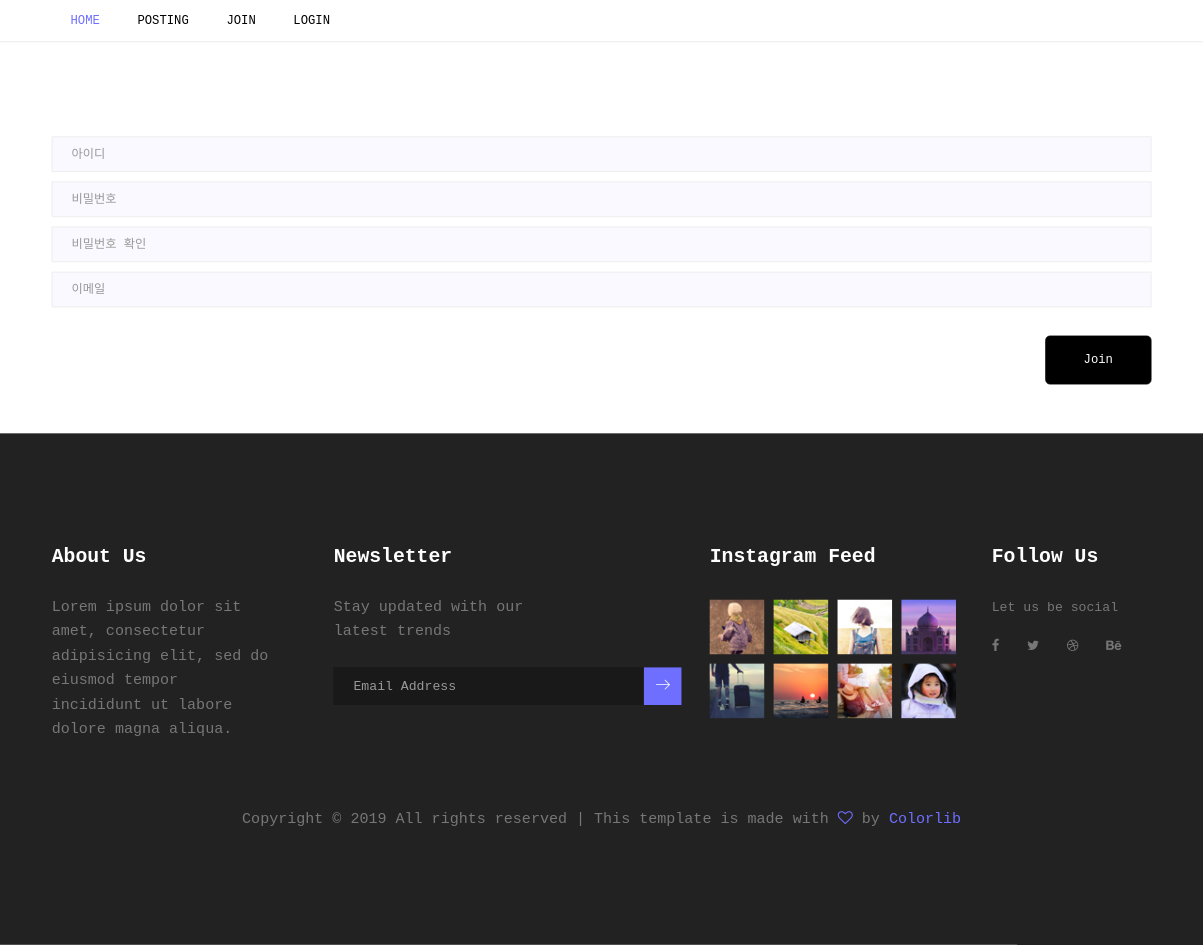
Repository: cwj2306/blog_project_2
Page: http://localhost/blog/user/join.jsp
The author's editor kept a copy of each file at every save. The page is drawn from the files as they stood at one save, then again after the next save.
The browser window is 1280 px wide. The pictures show the whole page, at 94% of full size.
Some web fonts or font styles are not loaded; a fallback is used. The page is served by Tomcat 9. Other server files are loaded and not shown.

Above is the page before, as saved 2019-10-31 01:17:16.

### blog/WebContent/user/join.jsp
<%@ page language="java" contentType="text/html; charset=UTF-8"
    pageEncoding="UTF-8"%>
<%@ include file = "/include/nav.jsp" %>

	<section class="contact_area">
		<div class="container">
			<div class="row">
				<div class="col-lg-12">
					<form class="row contact_form" action="/blog/user?cmd=join" method="post" onsubmit="return validateCheck()">
						<div class="col-md-12">
							<div class="form-group">
								<input type="text" class="form-control" name="username" placeholder="아이디" required="required">
							</div>
						</div>
						<div class="col-md-12">
							<div class="form-group">
								<input type="password" class="form-control" id="password" name="password" placeholder="비밀번호" required="required" maxlength="20">
							</div>
						</div>
						<div class="col-md-12">
							<div class="form-group">
								<input type="password" class="form-control" id="passwordCheck" name="passwordCheck" placeholder="비밀번호 확인" required="required" maxlength="20">
							</div>
						</div>
						<div class="col-md-12">
							<div class="form-group">
								<input type="email" class="form-control" name="email" placeholder="이메일" required="required" maxlength="40">
							</div>
						</div>
						<div class="col-md-12 text-right">
							<button type="submit" value="submit" class="btn submit_btn">Join</button>
						</div>
					</form>
				</div>
			</div>
		</div>
	</section>

	<br/><br/>

	<script>
		function validateCheck(){
			var password = document.querySelector('#password').value;
			var passwordCheck = document.querySelector('#passwordCheck').value;

			if (password === passwordCheck) {
				return true;
			}else{
				alert('비밀번호를 정확히 입력해주세요');
				return false;
			}
		}
	</script>

<%@ include file = "/include/footer.jsp" %>

### blog/WebContent/include/nav.jsp
<%@ page language="java" contentType="text/html; charset=UTF-8" pageEncoding="UTF-8"%>
<%@ taglib prefix="c" uri="http://java.sun.com/jsp/jstl/core" %>

<!doctype html>
<html lang="en">
    <head>
        <!-- Required meta tags -->
        <meta charset="utf-8">
        <meta name="viewport" content="width=device-width, initial-scale=1, shrink-to-fit=no">
        <link rel="icon" href="/blog/img/favicon.png" type="image/png">
        <title>Opium Blog</title>
        <!-- Bootstrap CSS -->
        <link rel="stylesheet" href="/blog/css/bootstrap.css">
        <link rel="stylesheet" href="/blog/vendors/linericon/style.css">
        <link rel="stylesheet" href="/blog/css/font-awesome.min.css">
        <link rel="stylesheet" href="/blog/vendors/owl-carousel/owl.carousel.min.css">
        <link rel="stylesheet" href="/blog/vendors/lightbox/simpleLightbox.css">
        <link rel="stylesheet" href="/blog/vendors/nice-select/css/nice-select.css">
        <link rel="stylesheet" href="/blog/vendors/animate-css/animate.css">
        <link rel="stylesheet" href="/blog/vendors/jquery-ui/jquery-ui.css">
        <!-- main css -->
        <link rel="stylesheet" href="/blog/css/style.css">
        <link rel="stylesheet" href="/blog/css/responsive.css">
    </head>
    <body>

        <!--================Header Menu Area =================-->
        <header class="header_area">
			<div class="main_menu">
				<nav class="navbar navbar-expand-lg navbar-light">
					<div class="container box_1620">
						<!-- Brand and toggle get grouped for better mobile display -->
						<a class="navbar-brand logo_h" href="#"><img src="/blog/img/logo.png" alt=""></a>
						<button class="navbar-toggler" type="button" data-toggle="collapse" data-target="#navbarSupportedContent" aria-controls="navbarSupportedContent" aria-expanded="false" aria-label="Toggle navigation">
							<span class="icon-bar"></span>
							<span class="icon-bar"></span>
							<span class="icon-bar"></span>
						</button>

						<!-- Collect the nav links, forms, and other content for toggling -->
						<div class="collapse navbar-collapse offset" id="navbarSupportedContent">
							<ul class="nav navbar-nav menu_nav">
								<li class="nav-item active"><a class="nav-link" href="/blog/index.jsp">Home</a></li>
								<li class="nav-item"><a class="nav-link" href="/blog/board/write.jsp">Posting</a></li>

								<c:choose>
									<c:when test="${empty sessionScope.user}">
										<li class="nav-item"><a class="nav-link" href="/blog/user/join.jsp">Join</a></li>
										<li class="nav-item"><a class="nav-link" href="/blog/user/login.jsp">Login</a></li>
									</c:when>
									<c:otherwise>
										<li class="nav-item"><a class="nav-link" href="/blog/user/update.jsp">Profile</a></li>
										<li class="nav-item"><a class="nav-link" href="/blog/user?cmd=logout">Logout</a></li>
									</c:otherwise>
								</c:choose>

							</ul>
							<ul class="nav navbar-nav navbar-right header_social ml-auto">
								<!--
								<li class="nav-item"><a href="#"><i class="fa fa-facebook"></i></a></li>
								<li class="nav-item"><a href="#"><i class="fa fa-twitter"></i></a></li>
								<li class="nav-item"><a href="#"><i class="fa fa-dribbble"></i></a></li>
								<li class="nav-item"><a href="#"><i class="fa fa-behance"></i></a></li>
								 -->
								 <c:if test="${not empty sessionScope.user}">
								 	<a href="/blog/user/userProfileForm.jsp"><img src = "${sessionScope.user.userProfile}" width="40px" height="40px" style="border-radius: 50%;"/></a>
								 </c:if>

							</ul>
						</div>
					</div>
				</nav>
			</div>
        </header>
        <!--================Header Menu Area =================-->

### blog/WebContent/include/footer.jsp
<%@ page language="java" contentType="text/html; charset=UTF-8" pageEncoding="UTF-8"%>
<!--================ start footer Area  =================-->
<footer class="footer-area p_120">
	<div class="container">
		<div class="row">
			<div class="col-lg-3  col-md-6 col-sm-6">
				<div class="single-footer-widget">
					<h6 class="footer_title">About Us</h6>
					<p>Lorem ipsum dolor sit amet, consectetur adipisicing elit, sed do eiusmod tempor incididunt ut labore dolore magna aliqua.</p>
				</div>
			</div>
			<div class="col-lg-4 col-md-6 col-sm-6">
				<div class="single-footer-widget">
					<h6 class="footer_title">Newsletter</h6>
					<p>Stay updated with our latest trends</p>
					<div id="mc_embed_signup">
						<form target="_blank" action="https://spondonit.us12.list-manage.com/subscribe/post?u=1462626880ade1ac87bd9c93a&amp;id=92a4423d01" method="get" class="subscribe_form relative">
							<div class="input-group d-flex flex-row">
								<input name="EMAIL" placeholder="Email Address" onfocus="this.placeholder = ''" onblur="this.placeholder = 'Email Address '" required="" type="email">
								<button class="btn sub-btn">
									<span class="lnr lnr-arrow-right"></span>
								</button>
							</div>
							<div class="mt-10 info"></div>
						</form>
					</div>
				</div>
			</div>
			<div class="col-lg-3 col-md-6 col-sm-6">
				<div class="single-footer-widget instafeed">
					<h6 class="footer_title">Instagram Feed</h6>
					<ul class="list instafeed d-flex flex-wrap">
						<li><img src="/blog/img/instagram/Image-01.jpg" alt=""></li>
						<li><img src="/blog/img/instagram/Image-02.jpg" alt=""></li>
						<li><img src="/blog/img/instagram/Image-03.jpg" alt=""></li>
						<li><img src="/blog/img/instagram/Image-04.jpg" alt=""></li>
						<li><img src="/blog/img/instagram/Image-05.jpg" alt=""></li>
						<li><img src="/blog/img/instagram/Image-06.jpg" alt=""></li>
						<li><img src="/blog/img/instagram/Image-07.jpg" alt=""></li>
						<li><img src="/blog/img/instagram/Image-08.jpg" alt=""></li>
					</ul>
				</div>
			</div>
			<div class="col-lg-2 col-md-6 col-sm-6">
				<div class="single-footer-widget f_social_wd">
					<h6 class="footer_title">Follow Us</h6>
					<p>Let us be social</p>
					<div class="f_social">
						<a href="#"><i class="fa fa-facebook"></i></a>
						<a href="#"><i class="fa fa-twitter"></i></a>
						<a href="#"><i class="fa fa-dribbble"></i></a>
						<a href="#"><i class="fa fa-behance"></i></a>
					</div>
				</div>
			</div>
		</div>
		<div class="row footer-bottom d-flex justify-content-between align-items-center">
			<p class="col-lg-12 footer-text text-center">
				<!-- Link back to Colorlib can't be removed. Template is licensed under CC BY 3.0. -->
				Copyright &copy;
				<script>document.write(new Date().getFullYear());</script>
				All rights reserved | This template is made with <i class="fa fa-heart-o" aria-hidden="true"></i> by <a href="https://colorlib.com" target="_blank">Colorlib</a>
				<!-- Link back to Colorlib can't be removed. Template is licensed under CC BY 3.0. -->
			</p>
		</div>
	</div>
</footer>
<!--================ End footer Area  =================-->




<!-- Optional JavaScript -->
<!-- jQuery first, then Popper.js, then Bootstrap JS -->
<script src="/blog/js/jquery-3.2.1.min.js"></script>
<script src="/blog/js/popper.js"></script>
<script src="/blog/js/bootstrap.min.js"></script>
<script src="/blog/js/stellar.js"></script>
<script src="/blog/vendors/lightbox/simpleLightbox.min.js"></script>
<script src="/blog/vendors/nice-select/js/jquery.nice-select.min.js"></script>
<script src="/blog/vendors/isotope/imagesloaded.pkgd.min.js"></script>
<script src="/blog/vendors/isotope/isotope-min.js"></script>
<script src="/blog/vendors/owl-carousel/owl.carousel.min.js"></script>
<script src="/blog/vendors/jquery-ui/jquery-ui.js"></script>
<script src="/blog/js/jquery.ajaxchimp.min.js"></script>
<script src="/blog/js/mail-script.js"></script>
<script src="/blog/js/theme.js"></script>

</body>
</html>

### blog/WebContent/css/responsive.css
@media (max-width:1619px){
	/* Main Menu Area css
	============================================================================================ */
   .header_area .navbar .search {
		margin-left: 40px;
	}
	/* End Main Menu Area css
	============================================================================================ */
	.home_banner_area .blog_text_slider .owl-prev, .home_banner_area .blog_text_slider .owl-next {
		right: 0px;
		font-size: 30px;
	}
}
@media (max-width:1199px){
	/* Main Menu Area css
	============================================================================================ */
	.header_area + section, .header_area + div {
		margin-top: 143px;
	}
	.top_menu .container{
		display: block;
	}
	/* End Main Menu Area css
	============================================================================================ */
	/* Home Banner Area css
	============================================================================================ */
	.home_banner_area {
		min-height: 700px;
	}
	/* End Home Banner Area css
	============================================================================================ */
	.home_banner_area {
		background-size: cover;
	}
	.blog_text {
		padding: 65px 65px 65px 65px;
	}
	.banner_area {
		background-size: cover;
	}
	.blog_style1 .blog_text {
		padding-left: 15px;
		padding-right: 15px;
		padding-top: 0px;
		padding-bottom: 0px;
	}
}

@media (max-width:991px){
	/* Main Menu Area css
	============================================================================================ */
	.logo_part {
		display: none;
	}
    .navbar-toggler {
        border: none;
        border-radius: 0px;
        padding: 0px;
        cursor: pointer;
        margin-top: 27px;
        margin-bottom: 23px;
		float: right;
    }
	.header_area .navbar {
		background: #fff;
	}
    .navbar-toggler[aria-expanded="false"] span:nth-child(2) {
		opacity: 1;
	}
	.navbar-toggler[aria-expanded="true"] span:nth-child(2) {
		opacity: 0;
	}
	.navbar-toggler[aria-expanded="true"] span:first-child {
		transform: rotate(-45deg);
		position: relative;
		top: 7.5px;
	}
	.navbar-toggler[aria-expanded="true"] span:last-child {
		transform: rotate(45deg);
		bottom: 6px;
		position: relative;
	}
	.navbar-toggler span{
		display: block;
		width: 25px;
		height: 3px;
		background: #000;
		margin: auto;
		margin-bottom: 4px;
		transition: all 400ms linear;
		cursor: pointer;
	}
    .navbar .container{
        padding-left: 15px;
        padding-right: 15px;
    }
    .nav{
        padding: 0px 0px;
    }
	.header_area + section, .header_area + row, .header_area + div {
		margin-top: 117px;
	}
    .header_top .nav{
        padding: 0px;
    }
    .header_area .navbar .nav .nav-item .nav-link{
        line-height: 40px;
        margin-right: 0px;
        display: block;
		border-bottom: 1px solid #ededed33;
		border-radius: 0px;
    }
    .header_area .navbar .search{
        margin-left: 0px;
    }
	.header_area .navbar-collapse{
		max-height: 340px;
		overflow-y: scroll;
	}
	.header_area .navbar .nav .nav-item.submenu ul .nav-item .nav-link {
		padding: 0px 15px;
	}
	.header_area .navbar .nav .nav-item {
		margin-right: 0px;
	}
	.header_area + section, .header_area + row, .header_area + div {
		margin-top: 71px;
	}
	.main_menu .navbar .container_inner {
		display: block;
	}
	.main_menu .navbar .navbar-brand {
		display: inline-block;
		padding-top: 11px;
		width: 173px;
	}
	.main_menu .navbar .navbar-brand img {
		width: 100%;
	}
	/* End Main Menu Area css
	============================================================================================ */

	/* Contact Page Area css
	============================================================================================ */
	.contact_info{
		margin-bottom: 50px;
	}
	/* End Contact page Area css
	============================================================================================ */
	.home_banner_area .donation_inner{
		margin-bottom: -30px;
	}
	.single-footer-widget{
		margin-bottom: 30px;
	}
	.footer-area .row{
		margin-bottom: -30px;
	}
	/* Footer Area css
	============================================================================================ */
	/* End End Footer Area css
	============================================================================================ */
	.home_banner_area {
		background-size: cover;
		margin-bottom: 0px;
	}
	/* Extra header Area css
	============================================================================================ */
	/* End Extra header Area css
	============================================================================================ */

	.nav.navbar-nav.navbar-right.header_social{
		display: none;
	}

}
@media (max-width:767px){
	.home_banner_area {
		min-height: 500px;
	}
	.home_banner_area .banner_inner {
		min-height: 500px;
	}
	.home_banner_area .banner_inner .banner_content {
		margin-top: 0px;
	}
	/* Blog Page Area css
	============================================================================================ */
    .blog_banner .banner_inner .blog_b_text h2 {
		font-size: 40px;
		line-height: 50px;
	}
	.blog_info.text-right{
		text-align: left !important;
		margin-bottom: 10px;
	}
	/* End Blog Page Area css
	============================================================================================ */
	.home_banner_area .banner_inner .banner_content h3 {
		font-size: 30px;
	}
	.home_banner_area .banner_inner .banner_content p br {
		display: none;
	}
	/* Footer Area css
	============================================================================================ */
	.footer-bottom .footer-text{
		text-align: center;
	}
	.footer-bottom .footer-social {
		text-align: center;
		margin-bottom: 20px;
	}
	/* End End Footer Area css
	============================================================================================ */
	.blog_style1.small .blog_img img{
		width: 100%;
	}
}
@media (max-width:575px){

	.header_area + section, .header_area + row, .header_area + div {
		margin-top: 71px;
	}
	.top_menu {
		display: none;
	}

    /* Home Banner Area css
	============================================================================================ */
	.home_banner_area .banner_inner .banner_content h2 {
		font-size: 28px;
	}
	.home_banner_area {
		min-height: 500px;
	}
	.home_banner_area .banner_inner {
		min-height: 500px;
	}
	.blog_banner .banner_inner .blog_b_text {
		margin-top: 0px;
	}
	.home_banner_area .banner_inner .banner_content img{
		display: none;
	}
	.home_banner_area .banner_inner .banner_content h5 {
		margin-top: 0px;
	}
	.home_banner_area .banner_inner .banner_content .date a {
		margin-right: 8px;
	}
	/* End Home Banner Area css
	============================================================================================ */
	.p_120 {
		padding-top: 70px;
		padding-bottom: 70px;
	}
	.main_title h2 {
		font-size: 25px;
	}
	/* Elements Area css
	============================================================================================ */
	.sample-text-area {
		padding: 70px 0 70px 0;
	}
	/* End Elements Area css
	============================================================================================ */

	/* Blog Page Area css
	============================================================================================ */
	.blog_details h2 {
		font-size: 20px;
		line-height: 30px;
	}
	.blog_banner .banner_inner .blog_b_text h2 {
		font-size: 28px;
		line-height: 38px;
	}
	.banner_area .banner_inner .banner_content {
		margin-top: 0px;
	}
	/* End Blog Page Area css
	============================================================================================ */
	/* Footer Area css
	============================================================================================ */
	/* End End Footer Area css
	============================================================================================ */
	.pad_top {
		padding-top: 70px;
	}
	.mt-100 {
		margin-top: 50px;
	}
	.single-footer-widget p {
		max-width: 100%;
	}
	.p_100 {
		padding-top: 70px;
		padding-bottom: 70px;
	}
	.blog_style1 .blog_text .blog_text_inner {
		margin-top: 0px;
	}
	.blog_style1 .blog_text {
		padding-left: 0px;
		padding-right: 0px;
		padding-top: 0px;
		padding-bottom: 0px;
	}
	.blog_text .cat a {
		margin-right: 5px;
	}
	.blog_text .cat .cat_btn {
		display: block;
		width: 86px;
		margin-bottom: 10px;
	}
}

@media (max-width:480px){
	/* Main Menu Area css
	============================================================================================ */
	.header_area .navbar-collapse{
		max-height: 250px;
	}
	/* End Main Menu Area css
	============================================================================================ */

	/* Home Banner Area css
	============================================================================================ */
    .home_banner_area .banner_inner .banner_content {
		padding: 30px 15px;
		margin-top: 0px;
	}
	.banner_content .white_btn {
		display: block;
	}
	.home_banner_area .banner_inner .banner_content h3 {
		font-size: 24px;
	}
	.home_banner_area .carousel .carousel-indicators {
		bottom: -50px;
		z-index: 20;
	}
	/* End Home Banner Area css
	============================================================================================ */
	.banner_area .banner_inner .banner_content h2 {
		font-size: 32px;
	}
	/* Blog Page Area css
	============================================================================================ */
	.comments-area .thumb {
		margin-right: 10px;
	}

	/* End Blog Page Area css
	============================================================================================ */
	.home_banner_area .blog_text_slider .owl-prev {
		top: auto;
		bottom: 110px;
		transform: translateY(-0%);
		left: 10px;
	}
	.home_banner_area .blog_text_slider .owl-next {
		top: auto;
		bottom: 110px;
		right: 10px;
		transform: translateY(-0%);
	}
	.blog_text {
		padding: 60px 20px;
	}
}

Loaded but not shown: blog/WebContent/css/bootstrap.css (library); blog/WebContent/vendors/linericon/style.css (library); blog/WebContent/css/font-awesome.min.css (library); blog/WebContent/vendors/owl-carousel/owl.carousel.min.css (common file); blog/WebContent/vendors/lightbox/simpleLightbox.css (library); blog/WebContent/vendors/nice-select/css/nice-select.css (library); blog/WebContent/vendors/animate-css/animate.css (library); blog/WebContent/vendors/jquery-ui/jquery-ui.css (library); blog/WebContent/js/jquery-3.2.1.min.js (library); blog/WebContent/js/popper.js (library); blog/WebContent/js/bootstrap.min.js (library); blog/WebContent/js/stellar.js (library); blog/WebContent/vendors/lightbox/simpleLightbox.min.js (library); blog/WebContent/vendors/nice-select/js/jquery.nice-select.min.js (common file); blog/WebContent/vendors/isotope/imagesloaded.pkgd.min.js (library); blog/WebContent/vendors/isotope/isotope-min.js (library); blog/WebContent/vendors/owl-carousel/owl.carousel.min.js (library); blog/WebContent/vendors/jquery-ui/jquery-ui.js (library); blog/WebContent/js/jquery.ajaxchimp.min.js (library); blog/WebContent/js/theme.js (283 lines, source omitted); blog/WebContent/js/mail-script.js (31 lines, source omitted); blog/WebContent/css/style.css (3904 lines, source omitted)

After the next save:
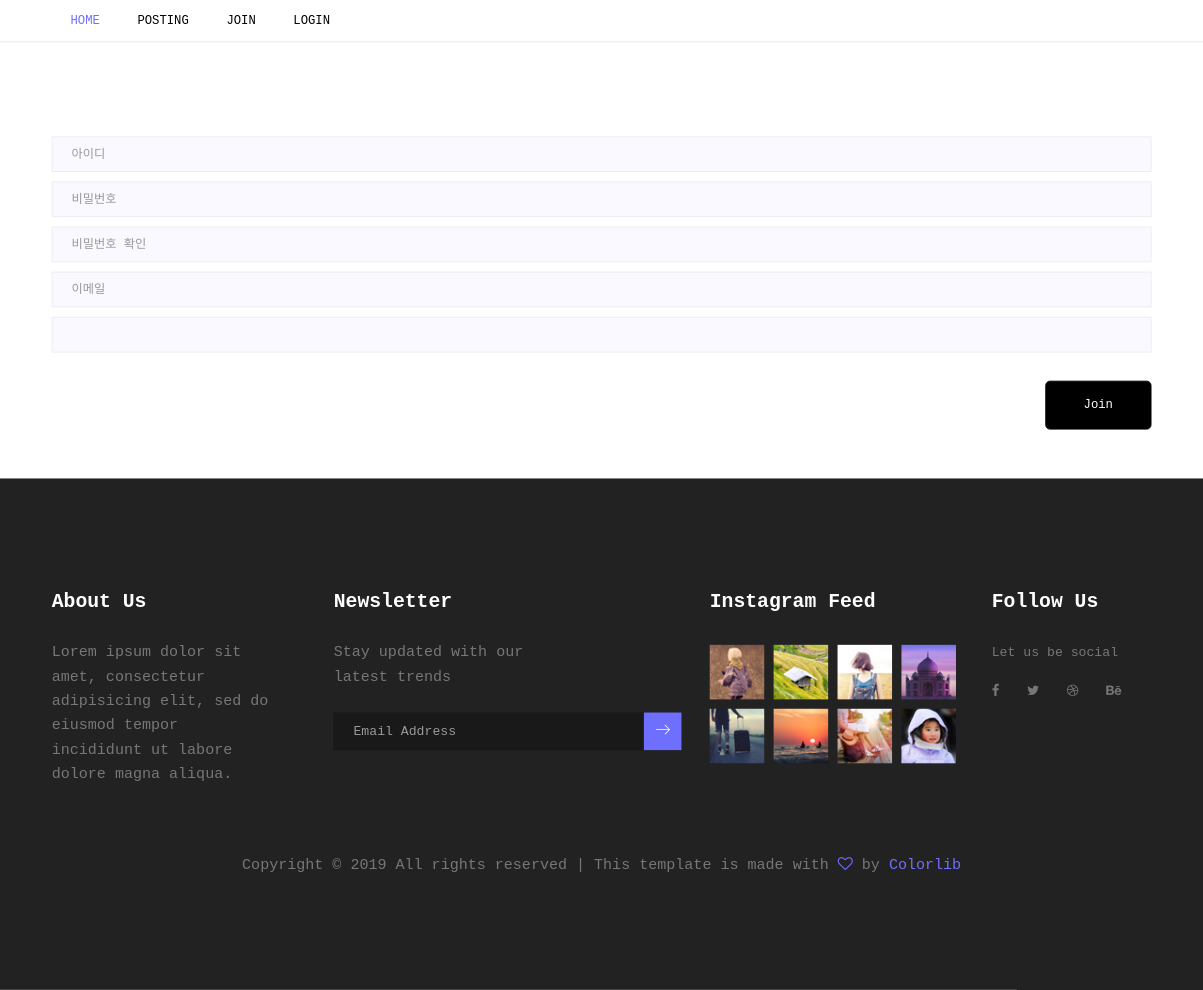
Saved 41 s later.
--- a/blog/WebContent/user/join.jsp
+++ b/blog/WebContent/user/join.jsp
@@ -27,6 +27,11 @@
 								<input type="email" class="form-control" name="email" placeholder="이메일" required="required" maxlength="40">
 							</div>
 						</div>
+						<div class="col-md-12">
+							<div class="form-group">
+								<input type="text" class="form-control" name="address" required="required" >
+							</div>
+						</div>
 						<div class="col-md-12 text-right">
 							<button type="submit" value="submit" class="btn submit_btn">Join</button>
 						</div>
